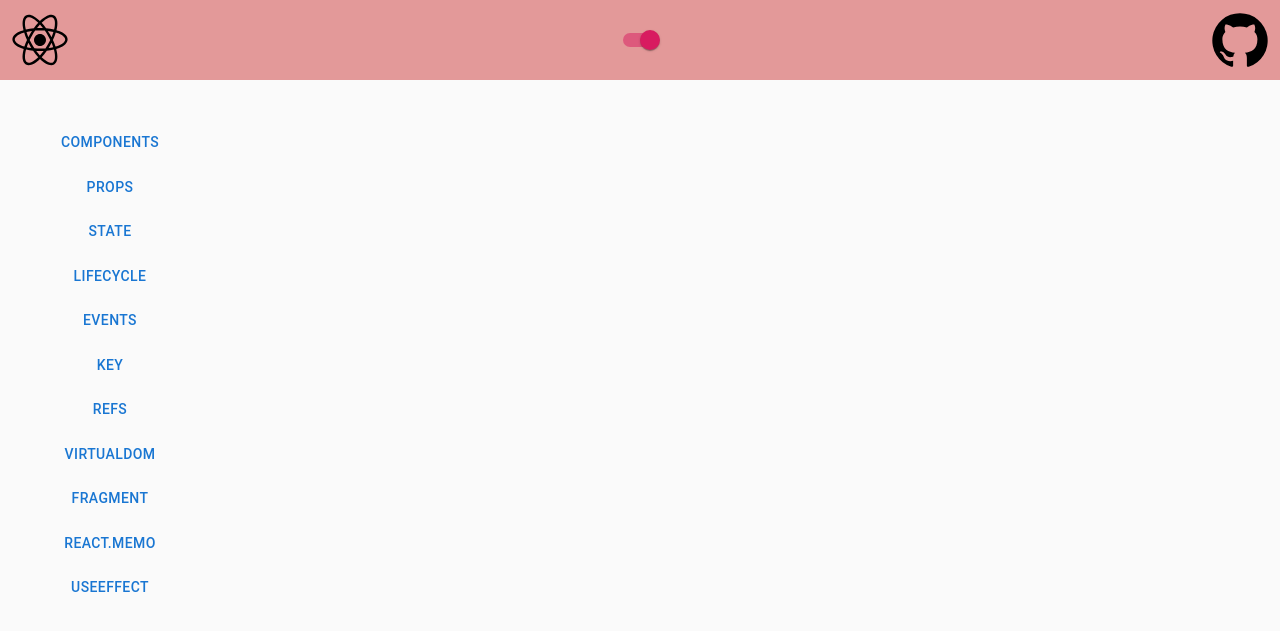
Repository: savannaaaas/reactDocumentation
Page: /topic
An editor plug-in stored every save of this project. The page is shown before and after the next save, followed by the edit.
The browser window is 1280 px wide. The pictures show the whole page.
The project was rebuilt for these pictures with package versions that can differ from the ones it lists, and the page was loaded fresh each time. Also part of the build but not shown: vite.config.js, src/pages/welcomePage/WelcomeButton/WelcomeButton.jsx, src/pages/welcomePage/Content/ContentWelcome.jsx, src/pages/welcomePage/WelcomePage.jsx, src/pages/componentPage/ComponentPage.jsx.

Above is the page before, as saved 2025-07-18 19:57:14.

### index.html
<!DOCTYPE html>
<html lang="en" data-theme="light">
  <head>
    <meta charset="UTF-8" />
    <link rel="icon" type="image/svg+xml" href="/vite.svg" />
    <meta name="viewport" content="width=device-width, initial-scale=1.0" />
    <title>NoteBook</title>
  </head>
  <body>
    <div id="root"></div>
    <script type="module" src="/src/main.jsx"></script>
  </body>
</html>

### src/main.jsx
import { StrictMode } from "react";
import { createRoot } from "react-dom/client";
import App from "./App.jsx";
import { ThemeProvider } from "./providers/ThemeProvider.jsx";
import "./index.scss";
import { BrowserRouter } from "react-router";

createRoot(document.getElementById("root")).render(
  <StrictMode>
    <ThemeProvider>
      <BrowserRouter>
        <App />
      </BrowserRouter>
    </ThemeProvider>
  </StrictMode>
);

### src/App.jsx
import { Routes, Route } from "react-router";

import { WelcomePage } from "./pages/welcomePage/WelcomePage";
import { TopicPage } from "./pages/topicPage/TopicPage";
import { ComponentPage } from "./pages/componentPage/ComponentPage";

import "./index.scss";

function App() {
  return (
    <Routes>
      <Route path="/" element={<WelcomePage />} />
      <Route path="/topic" element={<TopicPage />}>
        <Route path="components" element={<ComponentPage />} />
      </Route>
    </Routes>
  );
}

export default App;

### src/providers/ThemeProvider.jsx
import { useEffect, useState } from "react";
import { themes, ThemeContext } from "../contexts/ThemeContext";
const getTheme = () => {
  const theme = `${window?.localStorage.getItem("theme")}`; //получаем тему из хранилища
  if (Object.values(themes).includes(theme)) {
    //если тема такая есть возвращаем
    return theme;
  } //если в хранилище нет смотрим какую тему пользователь предпочитает
  const userMedia = window.matchMedia("(prefers-color-scheme: light)"); //проверяем предпочитает пользователь светлую тему если да возвр
  if (userMedia.matches) return themes.light;
  return themes.dark; //иначе темная
};
export const ThemeProvider = ({ children }) => {
  const [theme, setTheme] = useState(getTheme);
  useEffect(() => {
    document.documentElement.dataset.theme = theme; // добавляем атрибут data-theme на <html>
    localStorage.setItem("theme", theme); //устанавливаем и сохраняем текущую тему
  }, [theme]);
  return (
    <ThemeContext.Provider value={{ theme, setTheme }}>
      {children}
    </ThemeContext.Provider>
  );
};

### src/index.scss
*{
  padding: 0;
  margin: 0;
  box-sizing: border-box;
}
body {
  background-color: var(--background-color);
}

:root[data-theme="light"] {
  --background-color: #fafafa;
}

:root[data-theme="dark"] {
  --background-color: #313139;
}

[data-theme="light"] {
 .navigation{

 }

}
[data-theme="dark"] {
  .navigation{

  }

}

### src/pages/topicPage/TopicPage.jsx
import { Header } from "../welcomePage/Header/Header";
import { Navigation } from "../../components/Navigation/Navigation";
export const TopicPage = () => {
  return (
    <>
      <Header />
      <Navigation />
    </>
  );
};

### src/contexts/ThemeContext.jsx
import { createContext } from "react";
export const themes = {
  dark: "dark",
  light: "light",
};

export const ThemeContext = createContext({});

### src/pages/welcomePage/Header/Header.jsx
import { useContext } from "react";
import GitHubIcon from "@mui/icons-material/GitHub";
import reactLogo from "../../../assets/react.svg";
import { Image } from "../../../components/Image/Image";
import { Toggle } from "../../../components/Toggle/Toggle";
import "../index.scss";

export const Header = () => {
  return (
    <div className="header">
      <Image src={reactLogo} alt="React logo" style={{ width: "60px" }} />
      <Toggle />
      <GitHubIcon sx={{ fontSize: "60px" }} />
    </div>
  );
};

### src/pages/welcomePage/index.scss
$light-color: rgb(242, 118, 138);
$dark-color : #ffffff;

.header {
  background-color: rgb(227, 153, 153);
  display: flex;
  flex-direction: row;
  align-items: center;
  justify-content: space-between;
  padding: 10px;
  width: 100%;
}


.base-content {
  position: relative;
  display: flex;
  flex-direction: column;
  justify-content: center;
  align-items: center;
  gap: 100px;
  color: rgb(242, 118, 138);

  p {
    a {
      color: rgb(242, 118, 138);
      text-decoration: none;
    }
  }
}


.welcome-page {
  position: relative;
  display: flex;
  flex-direction: column;
  gap: 100px;
  justify-content: center;
  align-items: center;
}

.welcome-button{
  padding: 10 30px;
  width: 170px;
  border-radius: 30px;
}
[data-theme="light"] {
  .base-content {
    color: $light-color;

    p {
      a {
        color: $light-color;
      }
    }
  }
  .welcome-button{
    background-color: rgb(245, 60, 91);
    color: white;
  }
}

[data-theme="dark"] {
  .base-content {
    color: $dark-color;

    p {
      a {
        color: $dark-color;
      }
    }
  }
  .welcome-button{
    background-color: white;
    color: rgb(245, 60, 91);
  }
}

### src/components/Navigation/Navigation.jsx
import { Button } from "../Button/Button";
import "../../index.scss";
import { Box, List, ListItem } from "@mui/material";
import { NavLink } from "react-router";

export const Navigation = () => {
  return (
    <Box
      sx={{
        maxHeight: "500px",
        overflowY: "auto",
        width: "220px",
        p: 2,
        height: "100vh",
        top: "100px",
        left: 0,
        position: "absolute",
      }}
    >
      <List sx={{ display: "flex", flexDirection: "column", gap: 1 }}>
        <ListItem disablePadding>
          <Button component={NavLink} to="/topic/components" fullWidth>
            Components
          </Button>
        </ListItem>
        <ListItem disablePadding>
          <Button component={NavLink} to="/topic/props" fullWidth>
            Props
          </Button>
        </ListItem>
        <ListItem disablePadding>
          <Button component={NavLink} to="/topic/state" fullWidth>
            State
          </Button>
        </ListItem>
        <ListItem disablePadding>
          <Button component={NavLink} to="/topic/lifecycle" fullWidth>
            Lifecycle
          </Button>
        </ListItem>
        <ListItem disablePadding>
          <Button component={NavLink} to="/topic/events" fullWidth>
            Events
          </Button>
        </ListItem>
        <ListItem disablePadding>
          <Button component={NavLink} to="/topic/key" fullWidth>
            Key
          </Button>
        </ListItem>
        <ListItem disablePadding>
          <Button component={NavLink} to="/topic/refs" fullWidth>
            Refs
          </Button>
        </ListItem>
        <ListItem disablePadding>
          <Button component={NavLink} to="/topic/virtual-dom" fullWidth>
            VirtualDOM
          </Button>
        </ListItem>
        <ListItem disablePadding>
          <Button component={NavLink} to="/topic/fragment" fullWidth>
            Fragment
          </Button>
        </ListItem>
        <ListItem disablePadding>
          <Button component={NavLink} to="/topic/react-memo" fullWidth>
            React.Memo
          </Button>
        </ListItem>
        <ListItem disablePadding>
          <Button component={NavLink} to="/topic/useEffect" fullWidth>
            useEffect
          </Button>
        </ListItem>
        <ListItem disablePadding>
          <Button component={NavLink} to="/topic/useContext" fullWidth>
            useContext
          </Button>
        </ListItem>
        <ListItem disablePadding>
          <Button component={NavLink} to="/topic/useMemo" fullWidth>
            useMemo
          </Button>
        </ListItem>
        <ListItem disablePadding>
          <Button component={NavLink} to="/topic/router" fullWidth>
            Router
          </Button>
        </ListItem>
      </List>
    </Box>
  );
};

### src/components/Button/Button.jsx
import ButtonCustom from "@mui/material/Button";
export const Button = ({ children, ...props }) => {
  return <ButtonCustom {...props}>{children}</ButtonCustom>;
};

### src/components/Image/Image.jsx
export const Image = ({ children, ...props }) => {
  return <img {...props}>{children}</img>;
};

### src/components/Toggle/Toggle.jsx
import { useContext } from "react";
import { ThemeContext } from "../../contexts/ThemeContext";
import { alpha, styled } from "@mui/material/styles";
import { grey, pink } from "@mui/material/colors";
import { themes } from "../../contexts/ThemeContext";
import Switch from "@mui/material/Switch";
export const Toggle = () => {
  const { theme, setTheme } = useContext(ThemeContext);
  const ThemeSwitch = styled(Switch)(({ theme }) => ({
    "& .MuiSwitch-switchBase": {
      color: grey[600],
      "&:hover": {
        backgroundColor: alpha(grey[600], theme.palette.action.hoverOpacity),
      },
    },
    "& .MuiSwitch-track": {
      backgroundColor: grey[600],
    },
    "& .MuiSwitch-switchBase.Mui-checked": {
      color: pink[600],
      "&:hover": {
        backgroundColor: alpha(pink[600], theme.palette.action.hoverOpacity),
      },
    },
    "& .MuiSwitch-switchBase.Mui-checked + .MuiSwitch-track": {
      backgroundColor: pink[600],
    },
  }));
  const handleChange = () => {
    if (theme === themes.light) setTheme(themes.dark);
    if (theme === themes.dark) setTheme(themes.light);
  };
  return (
    <ThemeSwitch checked={theme == themes.light} onChange={handleChange} />
  );
};

After the next save:
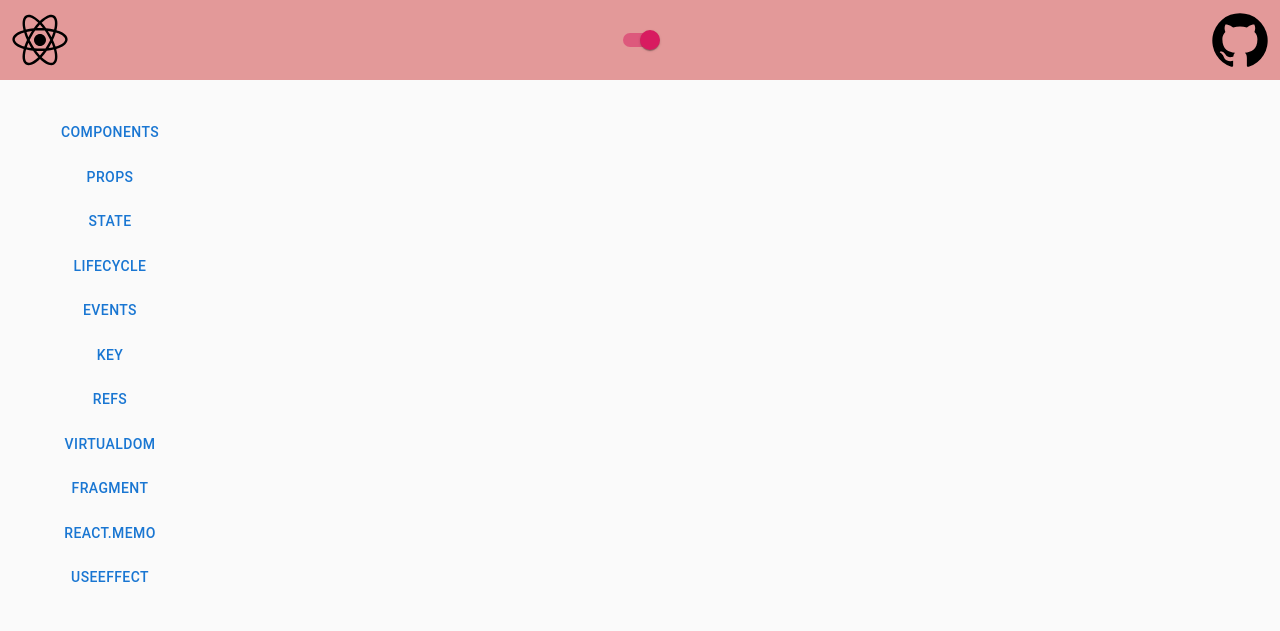
Saved 10 min 0 s later.
--- a/src/components/Navigation/Navigation.jsx
+++ b/src/components/Navigation/Navigation.jsx
@@ -12,7 +12,7 @@
         width: "220px",
         p: 2,
         height: "100vh",
-        top: "100px",
+        top: "90px",
         left: 0,
         position: "absolute",
       }}
